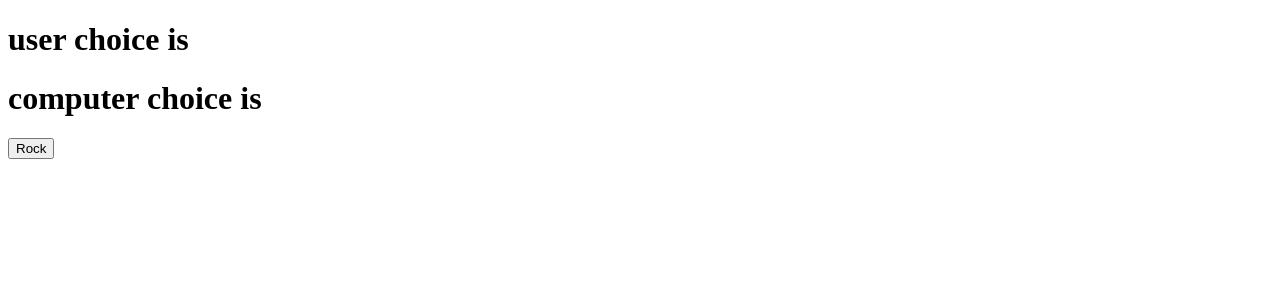
Repository: kate30980/react-rockpaperscissors
Page: /
These files come from the project's save history. The page is drawn as it stood at one moment and after the next save; the edit follows.
The browser window is 1280 px wide. The pictures show the whole page.
The project was rebuilt for these pictures with package versions that can differ from the ones it lists, and the page was loaded fresh each time.

Above is the page before, as saved 2021-10-28 10:41:26.

### src/App.js
import React from "react";

const App = () => {
  return (
    <div>
      <h1>user choice is </h1>
      <h1>computer choice is </h1>
      <button
        onClick={() => {
          console.log("click");
        }}
      >
        Rock
      </button>
    </div>
  );
};

export default App;

Loaded but not shown: public/index.html (common file); src/index.js (common file)

After the next save:
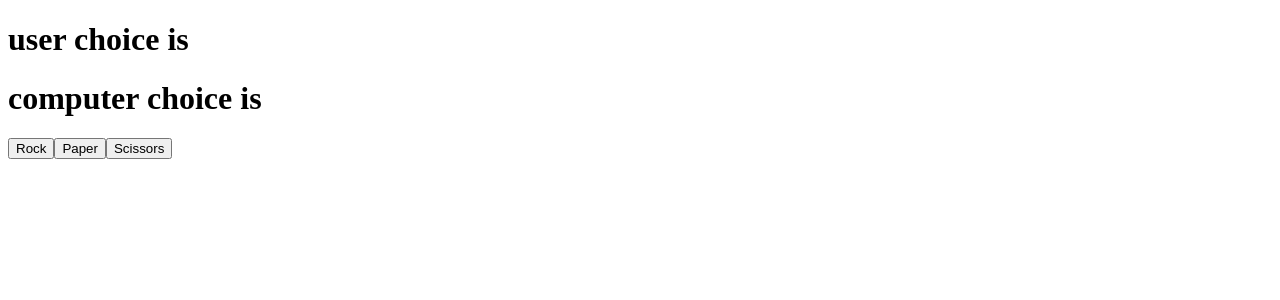
Saved 44 s later.
--- a/src/App.js
+++ b/src/App.js
@@ -12,6 +12,20 @@ const App = () => {
       >
         Rock
       </button>
+      <button
+        onClick={() => {
+          console.log("click");
+        }}
+      >
+        Paper
+      </button>
+      <button
+        onClick={() => {
+          console.log("click");
+        }}
+      >
+        Scissors
+      </button>
     </div>
   );
 };
